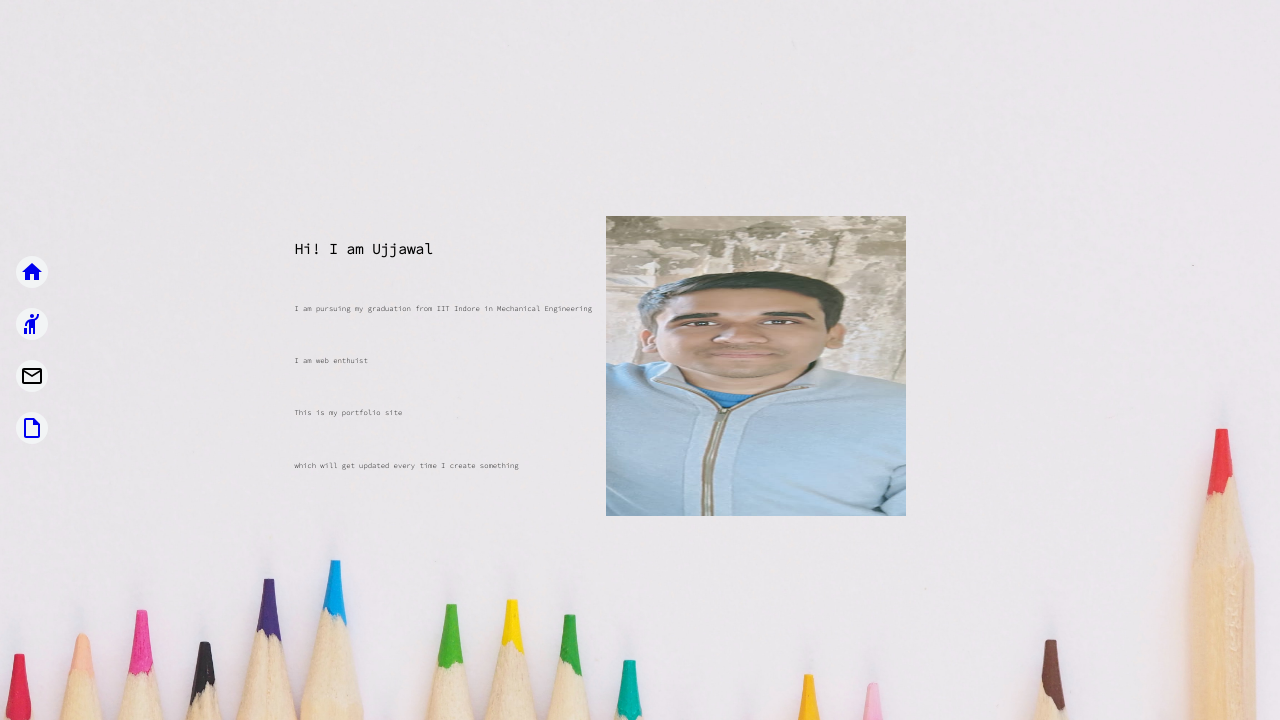
Repository: ujjawalmittal55/portfolio1
Page: /about
These files come from the project's save history. The page is drawn as it stood at one moment and after the next save; the edit follows.
The browser window is 1280 px wide. The pictures show the whole page.
The project was rebuilt for these pictures with package versions that can differ from the ones it lists, and the page was loaded fresh each time. Also part of the build but not shown: src/display.css, src/Display.tsx, src/Document.jsx.

Above is the page before, as saved 2022-05-06 17:41:32.

After the next save:
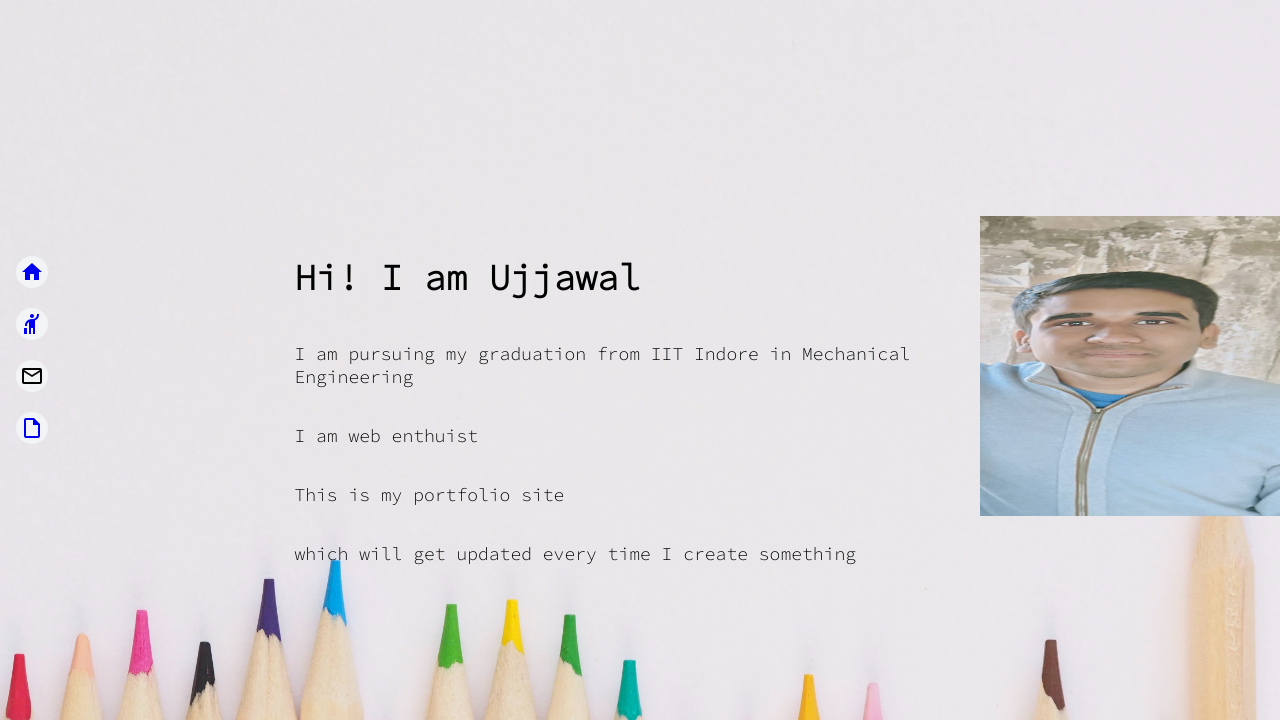
Saved 13 s later.
--- a/src/about.css
+++ b/src/about.css
@@ -8,5 +8,5 @@
   margin: 2vh;
   display: grid;
   font-family: "Source Code Pro", monospace;
-  font-size: 1vh;
+  font-size: 2.5vh;
 }
